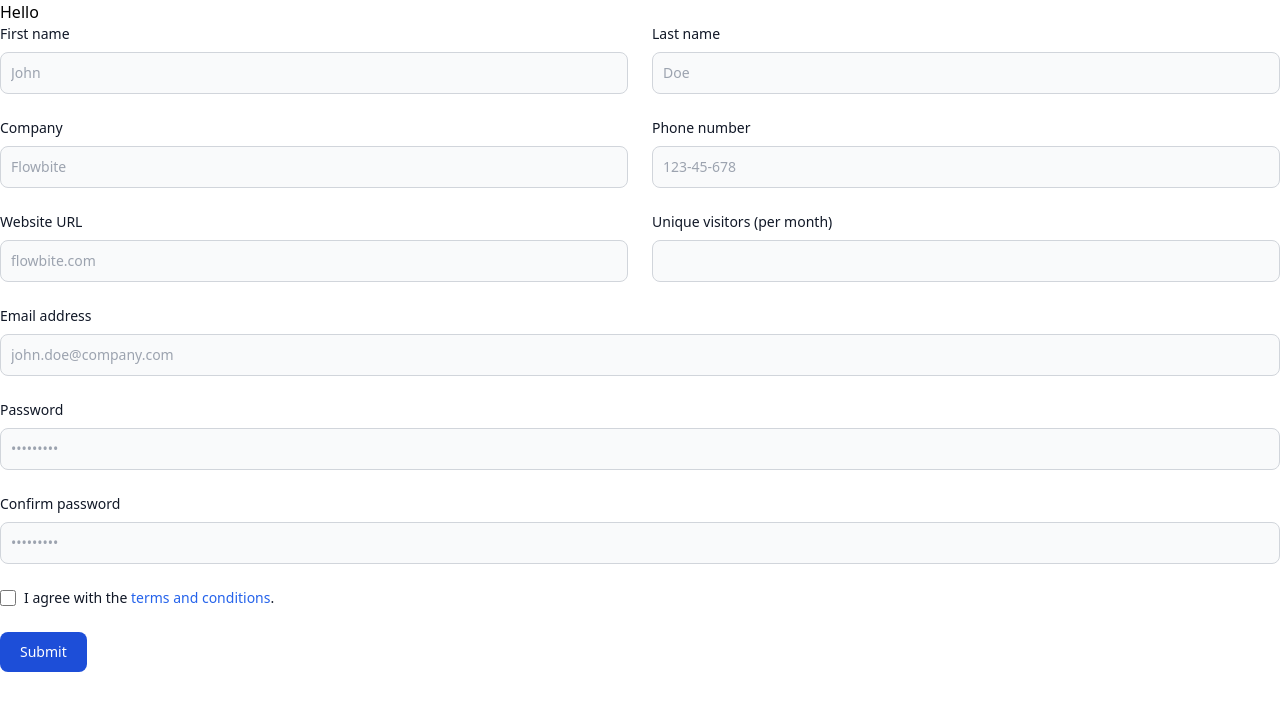
Repository: Braintheme/maker-it
Page: /
The author's editor kept a copy of each file at every save. The page is drawn from the files as they stood at one save, then again after the next save.
The browser window is 1280 px wide. The pictures show the whole page.
The project was rebuilt for these pictures with package versions that can differ from the ones it lists, and the page was loaded fresh each time. Also part of the build but not shown: vite.config.js.

Above is the page before, as saved 2023-12-24 19:31:40.

### src/main.js
import { createApp } from 'vue'
import App from './App.vue'
import router from './router'

import './index.css'

const app = createApp(App)

app.use(router)

app.mount('#app')

### src/App.vue
<script setup>
import { RouterLink, RouterView } from 'vue-router'
</script>

<template>
  <header>
    <p>Hello</p>
  </header>

  <RouterView />
</template>

### src/views/HomeView.vue
<template>
  <main>

    <form>
      <div class="grid gap-6 mb-6 md:grid-cols-2">
        <div>
          <label for="first_name" class="block mb-2 text-sm font-medium text-gray-900 dark:text-white">First name</label>
          <input type="text" id="first_name"
            class="bg-gray-50 border border-gray-300 text-gray-900 text-sm rounded-lg focus:ring-blue-500 focus:border-blue-500 block w-full p-2.5 dark:bg-gray-700 dark:border-gray-600 dark:placeholder-gray-400 dark:text-white dark:focus:ring-blue-500 dark:focus:border-blue-500"
            placeholder="John" required>
        </div>
        <div>
          <label for="last_name" class="block mb-2 text-sm font-medium text-gray-900 dark:text-white">Last name</label>
          <input type="text" id="last_name"
            class="bg-gray-50 border border-gray-300 text-gray-900 text-sm rounded-lg focus:ring-blue-500 focus:border-blue-500 block w-full p-2.5 dark:bg-gray-700 dark:border-gray-600 dark:placeholder-gray-400 dark:text-white dark:focus:ring-blue-500 dark:focus:border-blue-500"
            placeholder="Doe" required>
        </div>
        <div>
          <label for="company" class="block mb-2 text-sm font-medium text-gray-900 dark:text-white">Company</label>
          <input type="text" id="company"
            class="bg-gray-50 border border-gray-300 text-gray-900 text-sm rounded-lg focus:ring-blue-500 focus:border-blue-500 block w-full p-2.5 dark:bg-gray-700 dark:border-gray-600 dark:placeholder-gray-400 dark:text-white dark:focus:ring-blue-500 dark:focus:border-blue-500"
            placeholder="Flowbite" required>
        </div>
        <div>
          <label for="phone" class="block mb-2 text-sm font-medium text-gray-900 dark:text-white">Phone number</label>
          <input type="tel" id="phone"
            class="bg-gray-50 border border-gray-300 text-gray-900 text-sm rounded-lg focus:ring-blue-500 focus:border-blue-500 block w-full p-2.5 dark:bg-gray-700 dark:border-gray-600 dark:placeholder-gray-400 dark:text-white dark:focus:ring-blue-500 dark:focus:border-blue-500"
            placeholder="123-45-678" pattern="[0-9]{3}-[0-9]{2}-[0-9]{3}" required>
        </div>
        <div>
          <label for="website" class="block mb-2 text-sm font-medium text-gray-900 dark:text-white">Website URL</label>
          <input type="url" id="website"
            class="bg-gray-50 border border-gray-300 text-gray-900 text-sm rounded-lg focus:ring-blue-500 focus:border-blue-500 block w-full p-2.5 dark:bg-gray-700 dark:border-gray-600 dark:placeholder-gray-400 dark:text-white dark:focus:ring-blue-500 dark:focus:border-blue-500"
            placeholder="flowbite.com" required>
        </div>
        <div>
          <label for="visitors" class="block mb-2 text-sm font-medium text-gray-900 dark:text-white">Unique visitors (per
            month)</label>
          <input type="number" id="visitors"
            class="bg-gray-50 border border-gray-300 text-gray-900 text-sm rounded-lg focus:ring-blue-500 focus:border-blue-500 block w-full p-2.5 dark:bg-gray-700 dark:border-gray-600 dark:placeholder-gray-400 dark:text-white dark:focus:ring-blue-500 dark:focus:border-blue-500"
            placeholder="" required>
        </div>
      </div>
      <div class="mb-6">
        <label for="email" class="block mb-2 text-sm font-medium text-gray-900 dark:text-white">Email address</label>
        <input type="email" id="email"
          class="bg-gray-50 border border-gray-300 text-gray-900 text-sm rounded-lg focus:ring-blue-500 focus:border-blue-500 block w-full p-2.5 dark:bg-gray-700 dark:border-gray-600 dark:placeholder-gray-400 dark:text-white dark:focus:ring-blue-500 dark:focus:border-blue-500"
          placeholder="john.doe@company.com" required>
      </div>
      <div class="mb-6">
        <label for="password" class="block mb-2 text-sm font-medium text-gray-900 dark:text-white">Password</label>
        <input type="password" id="password"
          class="bg-gray-50 border border-gray-300 text-gray-900 text-sm rounded-lg focus:ring-blue-500 focus:border-blue-500 block w-full p-2.5 dark:bg-gray-700 dark:border-gray-600 dark:placeholder-gray-400 dark:text-white dark:focus:ring-blue-500 dark:focus:border-blue-500"
          placeholder="•••••••••" required>
      </div>
    <div class="mb-6">
      <label for="confirm_password" class="block mb-2 text-sm font-medium text-gray-900 dark:text-white">Confirm
        password</label>
      <input type="password" id="confirm_password"
        class="bg-gray-50 border border-gray-300 text-gray-900 text-sm rounded-lg focus:ring-blue-500 focus:border-blue-500 block w-full p-2.5 dark:bg-gray-700 dark:border-gray-600 dark:placeholder-gray-400 dark:text-white dark:focus:ring-blue-500 dark:focus:border-blue-500"
        placeholder="•••••••••" required>
    </div>
    <div class="flex items-start mb-6">
      <div class="flex items-center h-5">
        <input id="remember" type="checkbox" value=""
          class="w-4 h-4 border border-gray-300 rounded bg-gray-50 focus:ring-3 focus:ring-blue-300 dark:bg-gray-700 dark:border-gray-600 dark:focus:ring-blue-600 dark:ring-offset-gray-800"
          required>
      </div>
      <label for="remember" class="ms-2 text-sm font-medium text-gray-900 dark:text-gray-300">I agree with the <a
          href="#" class="text-blue-600 hover:underline dark:text-blue-500">terms and conditions</a>.</label>
    </div>
    <button type="submit"
      class="text-white bg-blue-700 hover:bg-blue-800 focus:ring-4 focus:outline-none focus:ring-blue-300 font-medium rounded-lg text-sm w-full sm:w-auto px-5 py-2.5 text-center dark:bg-blue-600 dark:hover:bg-blue-700 dark:focus:ring-blue-800">Submit</button>
  </form>

</main></template>

### tailwind.config.js
// import { flowbite } from 'flowbite/plugin';

export default {
  content: [
    "./index.html",
    "./src/**/*.{vue,js,ts,jsx,tsx}",
    "./node_modules/flowbite/**/*.js"
  ],
  theme: {
    extend: {},
  },
  plugins: [
    // flowbite
  ],
}

Loaded but not shown: index.html (common file); src/router/index.js (common file); src/index.css (common file)

After the next save:
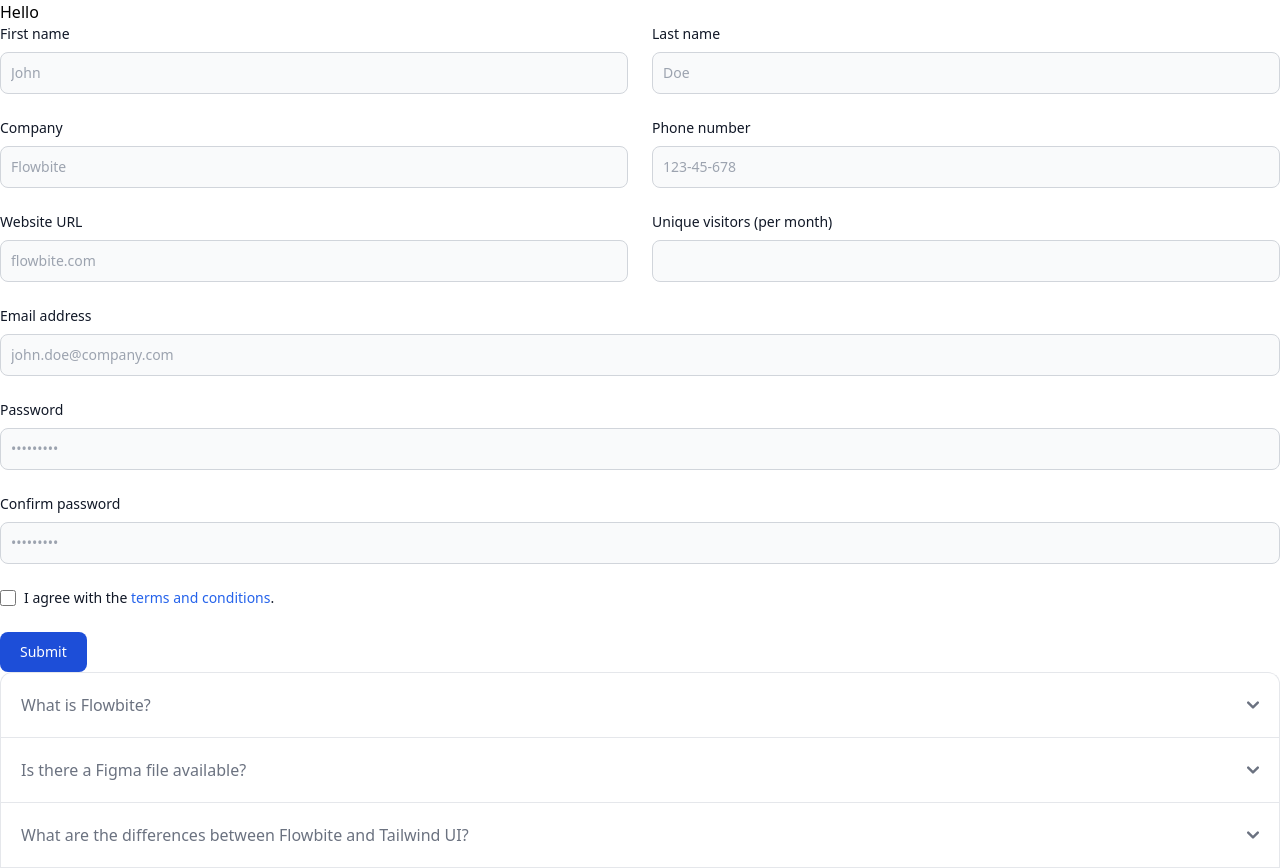
Saved 30 min 58 s later.
--- a/src/views/HomeView.vue
+++ b/src/views/HomeView.vue
@@ -73,4 +73,56 @@
       class="text-white bg-blue-700 hover:bg-blue-800 focus:ring-4 focus:outline-none focus:ring-blue-300 font-medium rounded-lg text-sm w-full sm:w-auto px-5 py-2.5 text-center dark:bg-blue-600 dark:hover:bg-blue-700 dark:focus:ring-blue-800">Submit</button>
   </form>
 
+
+<div id="accordion-collapse" data-accordion="collapse">
+  <h2 id="accordion-collapse-heading-1">
+    <button type="button" class="flex items-center justify-between w-full p-5 font-medium rtl:text-right text-gray-500 border border-b-0 border-gray-200 rounded-t-xl focus:ring-4 focus:ring-gray-200 dark:focus:ring-gray-800 dark:border-gray-700 dark:text-gray-400 hover:bg-gray-100 dark:hover:bg-gray-800 gap-3" data-accordion-target="#accordion-collapse-body-1" aria-expanded="true" aria-controls="accordion-collapse-body-1">
+      <span>What is Flowbite?</span>
+      <svg data-accordion-icon class="w-3 h-3 rotate-180 shrink-0" aria-hidden="true" xmlns="http://www.w3.org/2000/svg" fill="none" viewBox="0 0 10 6">
+        <path stroke="currentColor" stroke-linecap="round" stroke-linejoin="round" stroke-width="2" d="M9 5 5 1 1 5"/>
+      </svg>
+    </button>
+  </h2>
+  <div id="accordion-collapse-body-1" class="hidden" aria-labelledby="accordion-collapse-heading-1">
+    <div class="p-5 border border-b-0 border-gray-200 dark:border-gray-700 dark:bg-gray-900">
+      <p class="mb-2 text-gray-500 dark:text-gray-400">Flowbite is an open-source library of interactive components built on top of Tailwind CSS including buttons, dropdowns, modals, navbars, and more.</p>
+      <p class="text-gray-500 dark:text-gray-400">Check out this guide to learn how to <a href="/docs/getting-started/introduction/" class="text-blue-600 dark:text-blue-500 hover:underline">get started</a> and start developing websites even faster with components on top of Tailwind CSS.</p>
+    </div>
+  </div>
+  <h2 id="accordion-collapse-heading-2">
+    <button type="button" class="flex items-center justify-between w-full p-5 font-medium rtl:text-right text-gray-500 border border-b-0 border-gray-200 focus:ring-4 focus:ring-gray-200 dark:focus:ring-gray-800 dark:border-gray-700 dark:text-gray-400 hover:bg-gray-100 dark:hover:bg-gray-800 gap-3" data-accordion-target="#accordion-collapse-body-2" aria-expanded="false" aria-controls="accordion-collapse-body-2">
+      <span>Is there a Figma file available?</span>
+      <svg data-accordion-icon class="w-3 h-3 rotate-180 shrink-0" aria-hidden="true" xmlns="http://www.w3.org/2000/svg" fill="none" viewBox="0 0 10 6">
+        <path stroke="currentColor" stroke-linecap="round" stroke-linejoin="round" stroke-width="2" d="M9 5 5 1 1 5"/>
+      </svg>
+    </button>
+  </h2>
+  <div id="accordion-collapse-body-2" class="hidden" aria-labelledby="accordion-collapse-heading-2">
+    <div class="p-5 border border-b-0 border-gray-200 dark:border-gray-700">
+      <p class="mb-2 text-gray-500 dark:text-gray-400">Flowbite is first conceptualized and designed using the Figma software so everything you see in the library has a design equivalent in our Figma file.</p>
+      <p class="text-gray-500 dark:text-gray-400">Check out the <a href="https://flowbite.com/figma/" class="text-blue-600 dark:text-blue-500 hover:underline">Figma design system</a> based on the utility classes from Tailwind CSS and components from Flowbite.</p>
+    </div>
+  </div>
+  <h2 id="accordion-collapse-heading-3">
+    <button type="button" class="flex items-center justify-between w-full p-5 font-medium rtl:text-right text-gray-500 border border-gray-200 focus:ring-4 focus:ring-gray-200 dark:focus:ring-gray-800 dark:border-gray-700 dark:text-gray-400 hover:bg-gray-100 dark:hover:bg-gray-800 gap-3" data-accordion-target="#accordion-collapse-body-3" aria-expanded="false" aria-controls="accordion-collapse-body-3">
+      <span>What are the differences between Flowbite and Tailwind UI?</span>
+      <svg data-accordion-icon class="w-3 h-3 rotate-180 shrink-0" aria-hidden="true" xmlns="http://www.w3.org/2000/svg" fill="none" viewBox="0 0 10 6">
+        <path stroke="currentColor" stroke-linecap="round" stroke-linejoin="round" stroke-width="2" d="M9 5 5 1 1 5"/>
+      </svg>
+    </button>
+  </h2>
+  <div id="accordion-collapse-body-3" class="hidden" aria-labelledby="accordion-collapse-heading-3">
+    <div class="p-5 border border-t-0 border-gray-200 dark:border-gray-700">
+      <p class="mb-2 text-gray-500 dark:text-gray-400">The main difference is that the core components from Flowbite are open source under the MIT license, whereas Tailwind UI is a paid product. Another difference is that Flowbite relies on smaller and standalone components, whereas Tailwind UI offers sections of pages.</p>
+      <p class="mb-2 text-gray-500 dark:text-gray-400">However, we actually recommend using both Flowbite, Flowbite Pro, and even Tailwind UI as there is no technical reason stopping you from using the best of two worlds.</p>
+      <p class="mb-2 text-gray-500 dark:text-gray-400">Learn more about these technologies:</p>
+      <ul class="ps-5 text-gray-500 list-disc dark:text-gray-400">
+        <li><a href="https://flowbite.com/pro/" class="text-blue-600 dark:text-blue-500 hover:underline">Flowbite Pro</a></li>
+        <li><a href="https://tailwindui.com/" rel="nofollow" class="text-blue-600 dark:text-blue-500 hover:underline">Tailwind UI</a></li>
+      </ul>
+    </div>
+  </div>
+</div>
+
+
 </main></template>
